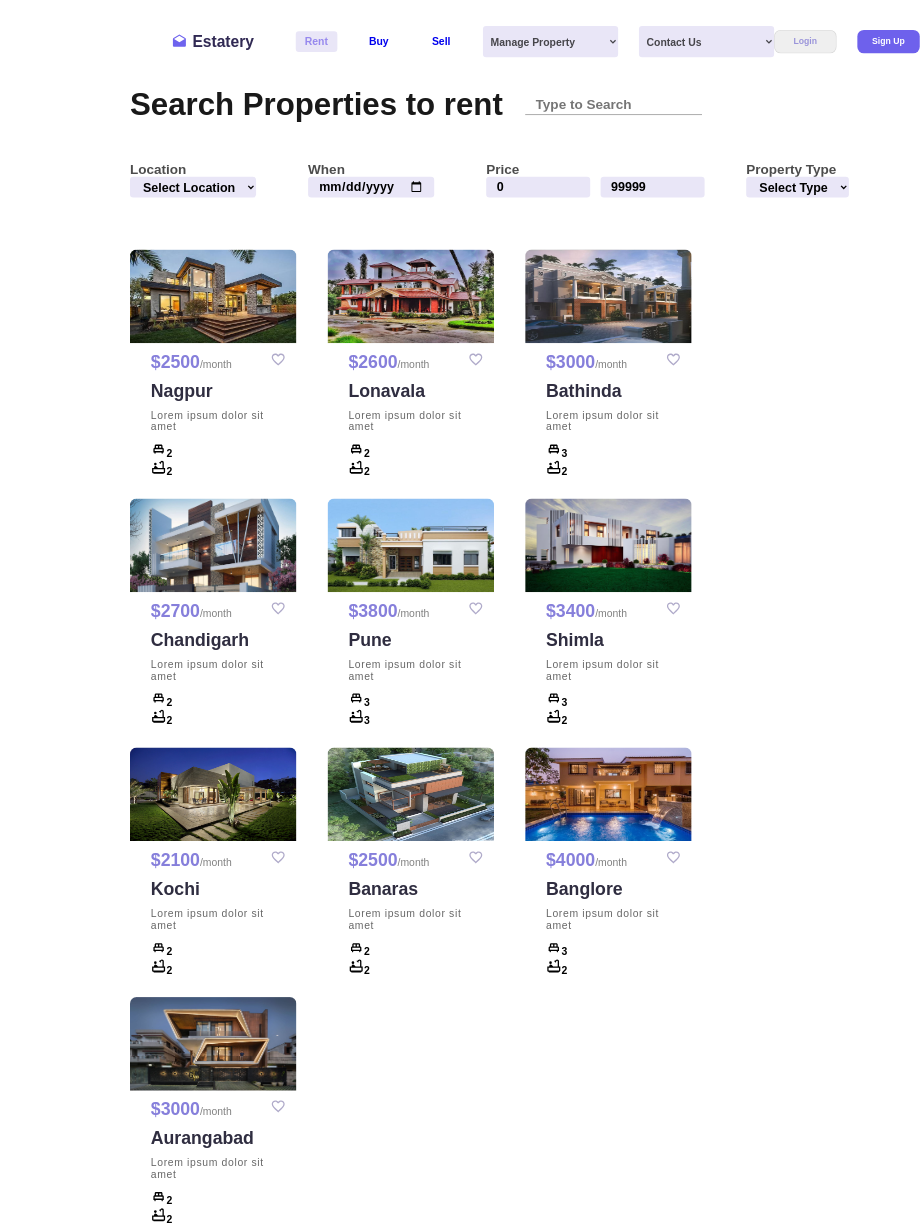
Repository: kapil4457/Reunion-Internship-Assignment
Page: /
These files come from the project's save history. The page is drawn as it stood at one moment and after the next save; the edit follows.
The browser window is 1280 px wide. The page is 1415 px wide, so the pictures cover 1415 px, including what lies to the right of the window. The pictures show the whole page, at 65% of full size.
The project was rebuilt for these pictures with package versions that can differ from the ones it lists, and the page was loaded fresh each time. Also part of the build but not shown: src/App.css.

Above is the page before, as saved 2022-10-07 18:41:05.

After the next save:
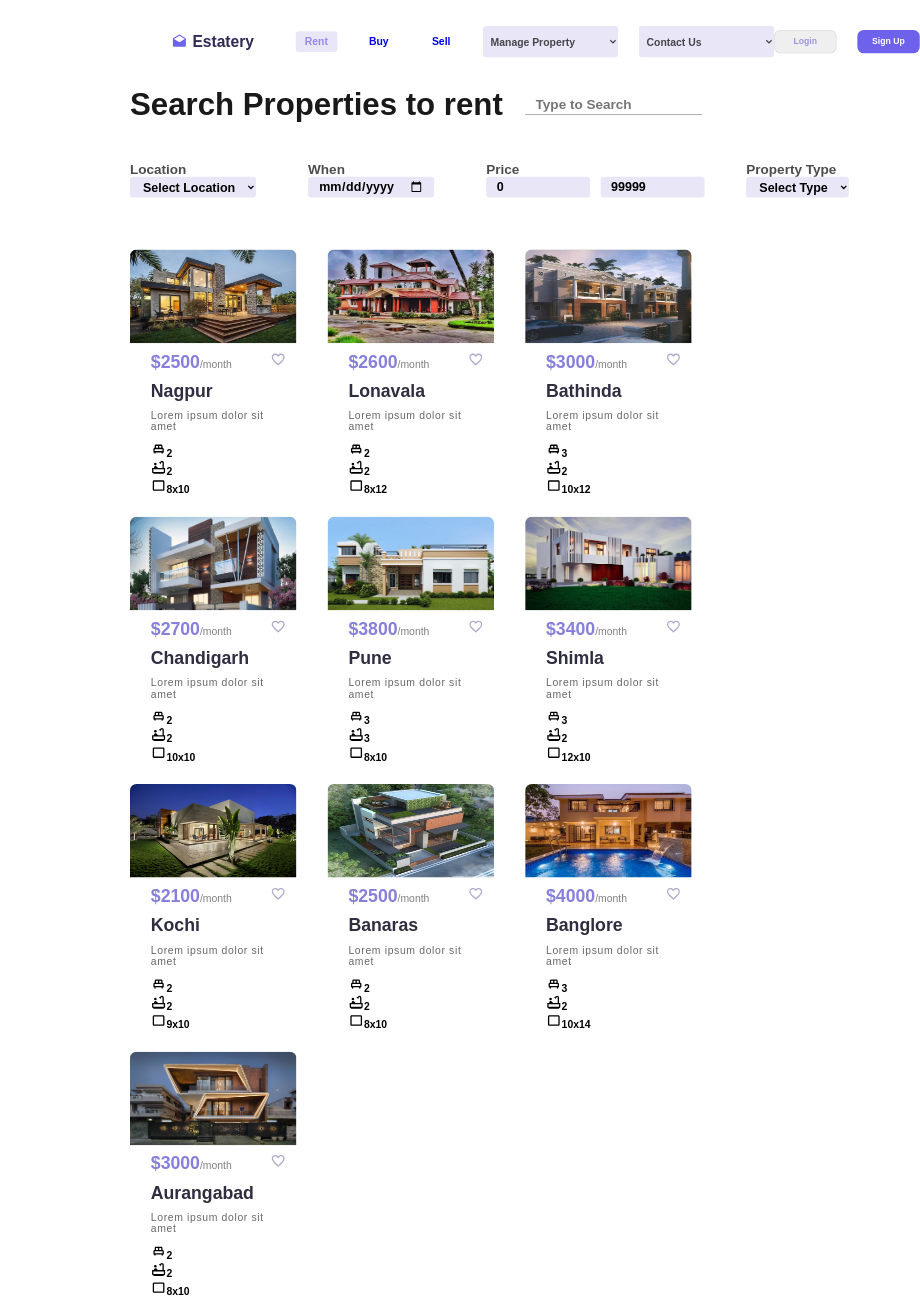
Saved 88 s later.
--- a/src/components/RentCard/RentCard.jsx
+++ b/src/components/RentCard/RentCard.jsx
@@ -3,6 +3,7 @@ import "./RentCard.css";
 import FavoriteBorderIcon from "@mui/icons-material/FavoriteBorder";
 import SingleBedIcon from "@mui/icons-material/SingleBed";
 import BathtubOutlinedIcon from "@mui/icons-material/BathtubOutlined";
+import Crop54Icon from "@mui/icons-material/Crop54";
 const RentCard = ({ data }) => {
   console.log(data);
   return (
@@ -28,7 +29,10 @@ const RentCard = ({ data }) => {
             <BathtubOutlinedIcon />
             <span>{data.bathCount}</span>
           </div>
-          <div className="area"></div>
+          <div className="area">
+            <Crop54Icon />
+            <span>{data.area}</span>
+          </div>
         </div>
       </div>
     </div>
